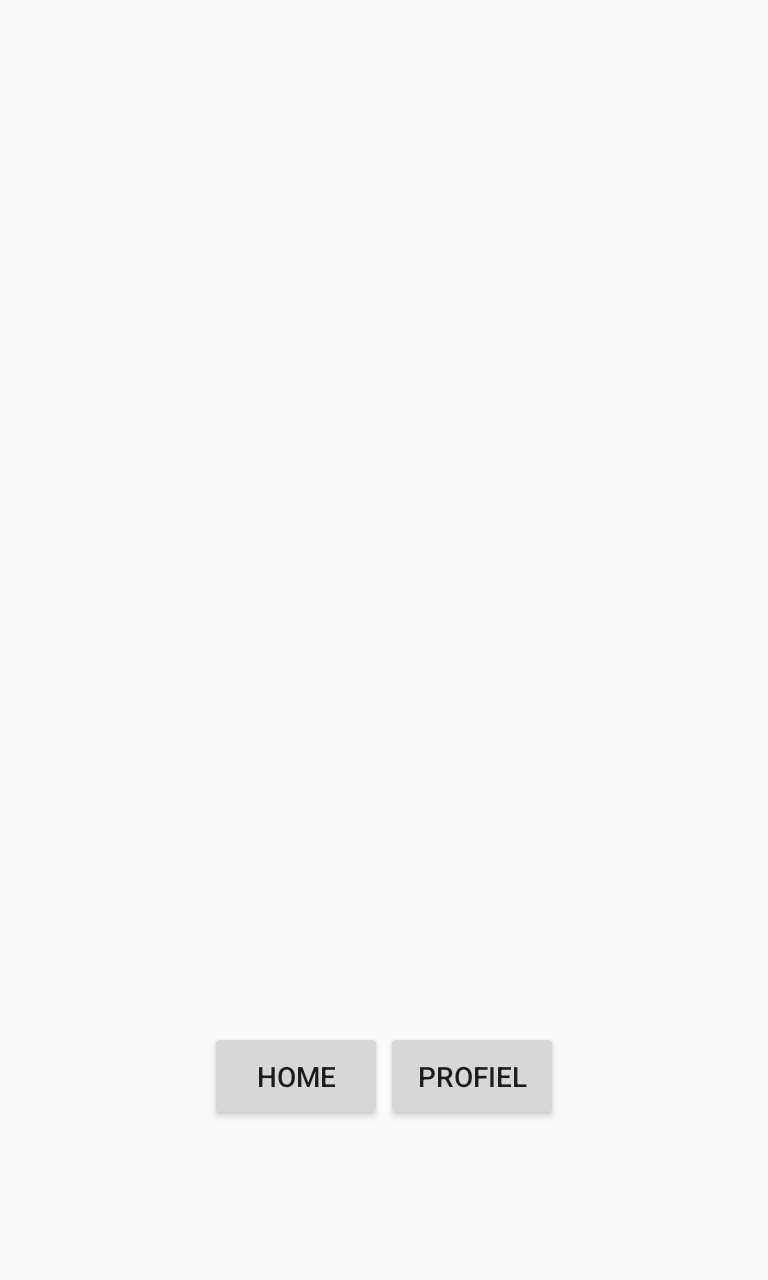
Repository: MarcSelles/BeatYourBucketAndroid
Layout: The_app/BeatYourBucket/res/layout/activity_buttons.xml
The author's editor kept a copy of each file at every save. The layout is drawn from the files as they stood at one save, then again after the next save.
It is drawn on a 768 x 1280 px phone screen (xhdpi) without system bars, with theme AppTheme; the app's code is not run.

Above is the layout before, as saved 2015-01-26 19:11:18.

### The_app/BeatYourBucket/res/layout/activity_buttons.xml
<?xml version="1.0" encoding="utf-8"?>
<RelativeLayout xmlns:android="http://schemas.android.com/apk/res/android"
    android:id="@android:id/content"
    android:layout_width="fill_parent"
    android:layout_height="fill_parent" >

    <LinearLayout
        android:id="@android:id/tabcontent"
        android:layout_width="match_parent"
        android:layout_height="wrap_content"
        android:layout_above="@+id/tab_under"
        android:layout_alignParentTop="true"
        android:orientation="vertical" >
    </LinearLayout>

    <LinearLayout
        android:id="@+id/tab_under"
        android:layout_width="fill_parent"
        android:layout_height="wrap_content"
        android:layout_alignParentBottom="true"
        android:layout_gravity="bottom"
        android:gravity="center|bottom"
        android:orientation="horizontal" >

        <Button
            android:id="@+id/bucketlists"
            android:layout_width="0dp"
            android:layout_height="wrap_content"
            android:layout_gravity="center_horizontal|center"
            android:onClick="makeTabs"
            android:text="Bucketlists" />

        <Button
            android:id="@+id/newsfeed"
            android:layout_width="wrap_content"
            android:layout_height="wrap_content"
            android:layout_gravity="center_horizontal|center"
            android:onClick="makeTabs"
            android:text="Home" />

        <Button
            android:id="@+id/profile"
            android:layout_width="wrap_content"
            android:layout_height="wrap_content"
            android:layout_gravity="center_horizontal|center"
            android:onClick="makeTabs"
            android:text="Profiel" />
    </LinearLayout>

</RelativeLayout>
<!--
         <Button
        android:id="@+id/list"
        android:layout_width="wrap_content"
        android:layout_height="wrap_content"
        android:layout_alignLeft="@+id/hoi"
        android:layout_below="@+id/hoi"
        android:layout_marginTop="44dp"
        android:onClick="seeList"
        android:text="list"
        android:visibility="invisible" />
-->


<!--
extra
<LinearLayout xmlns:tools="http://schemas.android.com/tools"
    xmlns:android="http://schemas.android.com/apk/res/android"
    android:layout_width="fill_parent"
    android:layout_height="fill_parent"
    tools:context="com.byb.beatyourbucket.MainActivity" >

android:paddingBottom="@dimen/activity_vertical_margin"
    android:paddingLeft="@dimen/activity_horizontal_margin"
    android:paddingRight="@dimen/activity_horizontal_margin"
    android:paddingTop="@dimen/activity_vertical_margin"


    <android.support.v4.app.FragmentTabHost
        android:id="@android:id/tabhost"
        android:layout_width="fill_parent"
    	android:layout_height="fill_parent">

	    <LinearLayout
	        android:orientation="vertical"
	        android:layout_width="fill_parent"
	        android:layout_height="fill_parent"
	        android:padding="5dp">

	        <FrameLayout
	            android:id="@android:id/tabcontent"
	            android:layout_width="fill_parent"
	            android:layout_height="wrap_content"
	            android:padding="5dp"
	            android:layout_weight="1" />

	        <FrameLayout
		        android:id="@+id/realtabcontent"
		        android:layout_width="match_parent"
		        android:layout_height="0dp"
		        android:layout_weight="1"/>


	        <TabWidget
	            android:id="@android:id/tabs"
	            android:layout_width="fill_parent"
	            android:layout_height="wrap_content"
	            android:layout_weight="0"
	            android:layout_marginBottom="-4dp"/>

    	</LinearLayout>

	</android.support.v4.app.FragmentTabHost>
-->

Loaded but not shown: The_app/BeatYourBucket/res/values/styles.xml (common file); The_app/BeatYourBucket/res/values-v11/styles.xml (common file); The_app/BeatYourBucket/res/values-v14/styles.xml (common file); The_app/BeatYourBucket/res/values/dimens.xml (common file); The_app/BeatYourBucket/res/values-w820dp/dimens.xml (common file)

After the next save:
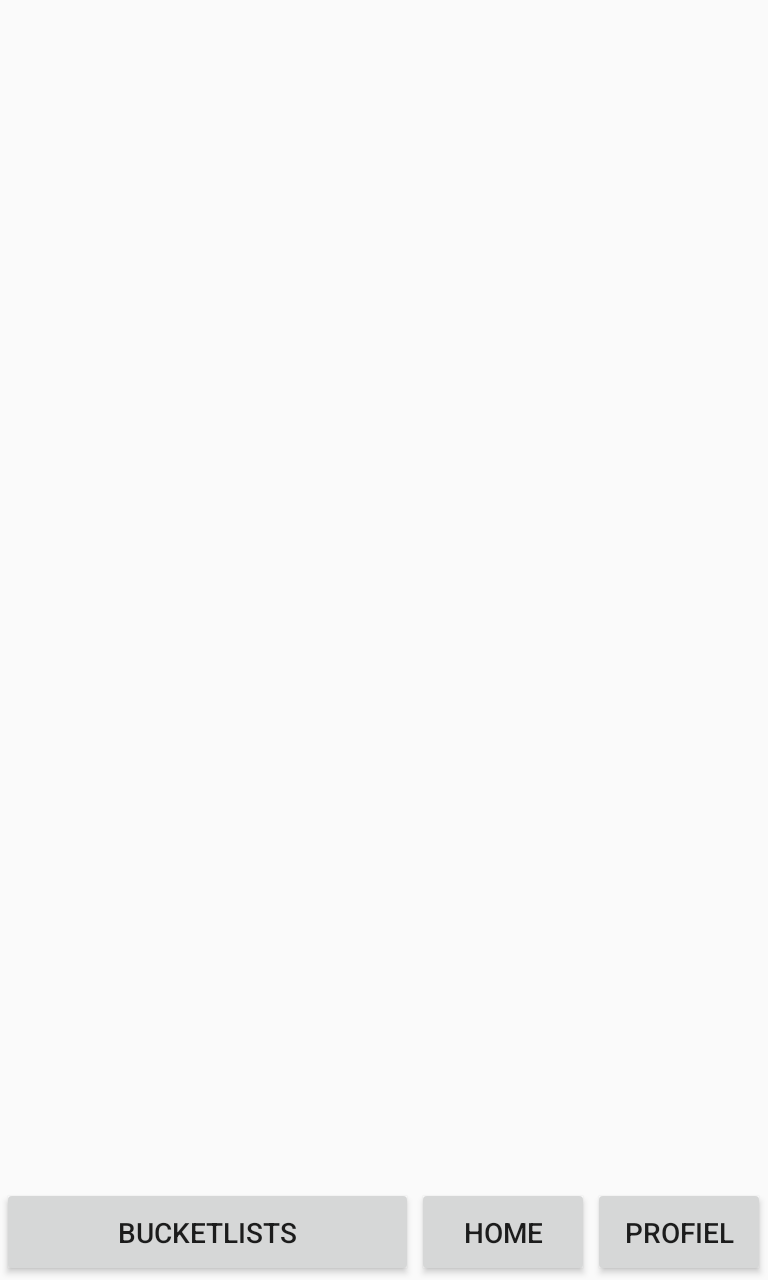
Saved 9 s later.
--- a/The_app/BeatYourBucket/res/layout/activity_buttons.xml
+++ b/The_app/BeatYourBucket/res/layout/activity_buttons.xml
@@ -25,6 +25,7 @@
         <Button
             android:id="@+id/bucketlists"
             android:layout_width="0dp"
+            android:layout_weight="0.33"
             android:layout_height="wrap_content"
             android:layout_gravity="center_horizontal|center"
             android:onClick="makeTabs"
